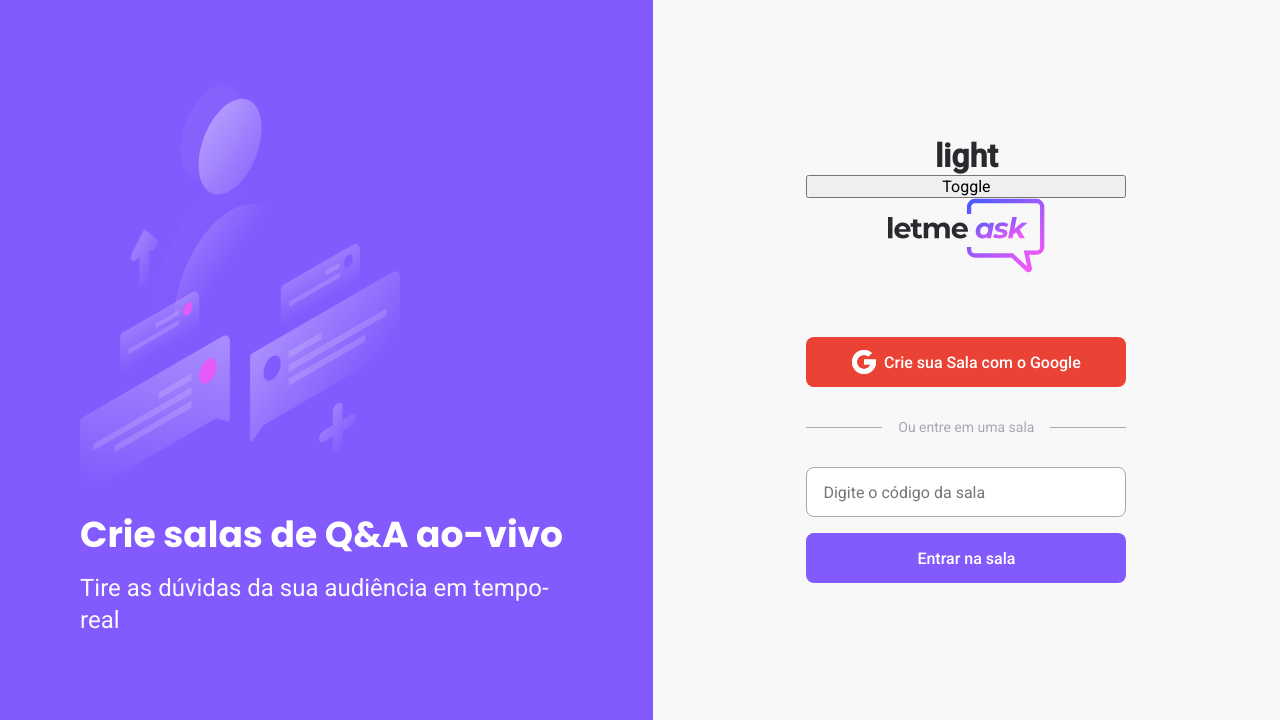
Repository: Maryucha/nlwTogether-Letmeask
Page: / (app in letmeask/)
An editor plug-in stored every save of this project. The page is shown before and after the next save, followed by the edit.
The browser window is 1280 px wide. The pictures show the whole page.
The project was rebuilt for these pictures with package versions that can differ from the ones it lists, and the page was loaded fresh each time. Also part of the build but not shown: letmeask/src/pages/NewRoom.tsx, letmeask/src/styles/roomCode.scss, letmeask/src/components/RoomCode.tsx, letmeask/src/styles/room.scss, letmeask/src/pages/Room.tsx.

Above is the page before, as saved 2021-06-25 11:28:56.

### letmeask/public/index.html
<!DOCTYPE html>
<html lang="en">
  <head>
    <meta charset="utf-8" />
    <meta name="viewport" content="width=device-width, initial-scale=1" />
    <link rel="preconnect" href="https://fonts.googleapis.com">
<link rel="preconnect" href="https://fonts.gstatic.com" crossorigin>
<link href="https://fonts.googleapis.com/css2?family=Poppins:wght@400;700&family=Roboto:wght@400;500&display=swap" rel="stylesheet">

    <title>LetMeAsk</title>
  </head>
  <body>
    <noscript>You need to enable JavaScript to run this app.</noscript>
    <div id="root"></div>

  </body>
</html>

### letmeask/src/index.tsx
import React from 'react';
import ReactDOM from 'react-dom';
import App from './App';

import './services/firebase';
import './styles/global.scss';

ReactDOM.render(
  <React.StrictMode>
    <App />
  </React.StrictMode>,
  document.getElementById('root')
);

### letmeask/src/App.tsx
import { BrowserRouter, Route, Switch } from "react-router-dom";
import { AuthContextProvider } from './contexts/AuthContext';
import { ThemeContextProvider } from "./contexts/ThemeContext";

//componentes
import { Home } from "./pages/Home";
import { NewRoom } from "./pages/NewRoom";
import { Room } from "./pages/Room";


function App() {

  return (
    <BrowserRouter>
    <ThemeContextProvider>
     <AuthContextProvider>
       <Switch>
          <Route path="/" exact component={Home} />
        <Route path="/rooms/new" component={NewRoom} />
        <Route path="/rooms/:id" component={Room} />
       </Switch>
      </AuthContextProvider>
      </ThemeContextProvider>
    </BrowserRouter>
  );
}

export default App;

### letmeask/src/services/firebase.ts
import firebase from 'firebase/app';

import 'firebase/auth';
import 'firebase/database';

const firebaseConfig = {
    apiKey: process.env.REACT_APP_API_KEY,
    authDomain: process.env.REACT_APP_AUTH_DOMAIN,
    databaseURL: process.env.REACT_APP_DATABASE_URL,
    projectId: process.env.REACT_APP_PROJECT_ID,
    storageBucket: process.env.REACT_APP_STORAGE_BUCKET,
    messagingSenderId: process.env.REACT_APP_MESSAGING_SENDER_ID,
    appId: process.env.REACT_APP_APP_ID
  };

firebase.initializeApp(firebaseConfig);

const auth= firebase.auth();
const database= firebase.database();

export {firebase, auth, database };

### letmeask/src/styles/global.scss
*{
    margin: 0;
    padding: 0;
    box-sizing: border-box;
}

body {
    background-color: #f8f8f8;
    color: #29292e;
}

body, input, button, textarea {
    font: 400 16px 'Roboto', sans-serif;
}

### letmeask/src/contexts/AuthContext.tsx
import { createContext, ReactNode, useState, useEffect } from "react";
import { auth, firebase } from "../services/firebase";

type User = {
    id: string;
    name: string;
    avatar: string;
  };
  type AuthContextType = {
    user: User | undefined;
    signInWithGoogle: () => Promise<void>;
  }

  type AuthContextProviderProps = {
      children: ReactNode;
  }

export const AuthContext = createContext({} as AuthContextType);

export function AuthContextProvider(props: AuthContextProviderProps) {

    const [user, setUser] = useState<User>();
    const [loding, setLoding] = useState(true);

    useEffect(() => {
      const unsubscribe = auth.onAuthStateChanged((user) => {
        if (user) {
          const { displayName, photoURL, uid } = user;

          if (!displayName || !photoURL) {
            throw new Error("Faltando informações do Google.");
          }
          setUser({
            id: uid,
            name: displayName,
            avatar: photoURL,
          });
        }
      });
      return () => {
        unsubscribe();
      };
    }, []);

    async function signInWithGoogle() {
      const provider = new firebase.auth.GoogleAuthProvider();
      const result = await auth.signInWithPopup(provider);

      if (result.user) {
        const { displayName, photoURL, uid } = result.user;

        if (!displayName || !photoURL) {
          throw new Error("Faltando informações do Google.");
        }
        setUser({
          id: uid,
          name: displayName,
          avatar: photoURL,
        });
      }
    }

    return(
        <AuthContext.Provider value={{ user, signInWithGoogle }}>
            {props.children}
        </AuthContext.Provider>
    );
}

### letmeask/src/contexts/ThemeContext.tsx
import { createContext, ReactNode, useEffect, useState } from "react";

type Theme = "light" | "dark";

type ThemeContextProviderProps = {
  children: ReactNode;
};

type ThemeContextType = {
  theme: Theme;
  toggleTheme: () => void;
};

export const ThemeContext = createContext({} as ThemeContextType);

export function ThemeContextProvider(props: ThemeContextProviderProps) {
  const [currentTheme, setCurrentTheme] = useState<Theme>(() => {
    const storagedTheme = localStorage.getItem("theme");

    return (storagedTheme ?? "light") as Theme;
  });

  useEffect(() => {
    localStorage.setItem("theme", currentTheme);
  }, [currentTheme]);

  function toggleTheme() {
    setCurrentTheme(currentTheme === "light" ? "dark" : "light");
  }

  return (
    <ThemeContext.Provider value={{ theme: currentTheme, toggleTheme }}>
      {props.children}
    </ThemeContext.Provider>
  );
}

### letmeask/src/pages/Home.tsx
//rotas
import { useHistory } from "react-router-dom";

//imagens
import ilustrationImg from "../assets/images/illustration.svg";
import logoImg from "../assets/images/logo.svg";
import googleIconUmg from "../assets/images/google-icon.svg";

//scss
import "../styles/auth.scss";

//outros
import { Button } from "../components/Button";
import { useAuth } from "../hooks/useAuth";
import { FormEvent, useState } from "react";
import { database } from "../services/firebase";
import { useTheme, } from "../hooks/usetTheme";

export function Home() {
  //estados
  const history = useHistory();
  const { user, signInWithGoogle } = useAuth();
  const { theme, toggleTheme } = useTheme();
  const [ roomCode, setRoomCode ] = useState('');

  async function heandleCreateRoom() {
    if (!user) {
      await signInWithGoogle();
    }
    history.push("/rooms/new");
  }

  async function heandleJoinRoom(event: FormEvent) {
    event.preventDefault();

    if(roomCode.trim() === ''){
      return;
    }
    //procurando a sala pelo id que o estado da room oferece
    const roomRef = await database.ref(`rooms/${roomCode}`).get();

    //verifica se a sala existe
    if(!roomRef.exists()) {
      //exibe um alerta caso ela não exista
      alert('Essa sala não existe!');
      return;
    }
    //se ela existir me manda para ela
    history.push(`/rooms/${roomCode}`);

  }

  return (
    <div id="page-auth" className={theme}>
      <aside>
        <img
          src={ilustrationImg}
          alt="Ilustração simbolizando as perguntas e respostas"
        />
        <strong>Crie salas de Q&amp;A ao-vivo</strong>
        <p>Tire as dúvidas da sua audiência em tempo-real</p>
      </aside>
      <main>
        <div className="main-content">

          <h1>{theme}</h1>
          <button onClick={ toggleTheme }>Toggle</button>

          <img src={logoImg} alt="Logo do LetMeAsk" />
          <button onClick={ heandleCreateRoom } className="create-room">
            <img src={googleIconUmg} alt="Logo do google" />
            Crie sua Sala com o Google
          </button>
          <div className="separator">Ou entre em uma sala</div>
          <form onSubmit={ heandleJoinRoom }>
            <input
            type="text"
            placeholder="Digite o código da sala"
            onChange={event =>setRoomCode(event.target.value)}
            value= {roomCode}
            />
            <Button type="submit">Entrar na sala</Button>
          </form>
        </div>
      </main>
    </div>
  );
}

### letmeask/src/styles/auth.scss
#page-auth {
    display: flex;
    align-items: stretch;
    height: 100vh;

    &.dark {
        background: #333;
        color: #fff;
    }

    aside{
        flex: 7;

        background-color: #835afd;
        color: #fff;

        display: flex;
        flex-direction: column;
        justify-content: center;

        padding: 120px 80px;

        img {
            max-width: 320px;
        }

        strong {
            font: 700 36px 'Poppins',sans-serif;
            line-height: 42px;
            margin-top: 16px;
        }
        p {
            font-size: 24px;
            line-height: 32px;
            margin-top: 16px;
            color: #f8f8f8;
        }
    }

    main{
        flex: 8;

        padding: 0 32px;

        display: flex;
        align-items: center;
        justify-content: center;
    }
    .main-content {
        display:flex;
        flex-direction: column;
        width: 100%;
        max-width: 320px;
        align-items: stretch;
        text-align: center;

        > img {
            align-self:center;
        }

        h2 {
            font-size: 24px;
            margin: 64px 0 24px;
            font-family: 'Poppins', sans-serif;
        }

        form {
            input {
                height: 50px;
                border-radius: 8px;
                padding: 0 16px;
                background: #fff;
                border: 1px solid #a8a8b3;
            }

            button {
                margin-top: 16px;
            }

            button, input {
                width: 100%;
            }
        }

    p {
            font-size: 14px;
            color: #737380;
            margin-top: 16px;
             a {
                color: #e559f9;
             }

        }
        .create-room {
            margin-top: 64px;
            height: 50px;
            border-radius: 8px;
            font-weight: 500;
            background: #ea4335;
            color: #fff;

            display: flex;
            justify-content: center;
            align-items: center;

            cursor: pointer;
            border: 0;

            transition: filter 0.2s;

            img {
                margin-right: 8px;
            }

            &:hover {
                filter: brightness(0.9);
            }

        }

        .separator {
            font-size: 14px;
            color: #a8a8b3;

            margin: 32px 0;
            display: flex;
            align-items: center;

            &::before{
                content: '';
                flex: 1;
                height: 1px;
                background: #a8a8b3;
                margin-right: 16px;
            }

            &::after{
                content: '';
                flex: 1;
                height: 1px;
                background: #a8a8b3;
                margin-left: 16px;
            }
        }
    }
}

### letmeask/src/components/Button.tsx
import { ButtonHTMLAttributes } from 'react';
import '../styles/button.scss';
type ButtonProps = ButtonHTMLAttributes<HTMLButtonElement>


export function Button(props: ButtonProps) {

        return (
        <button className="button" {...props}/>
    )
}

### letmeask/src/hooks/useAuth.ts
import { useContext } from "react";
import { AuthContext } from "../contexts/AuthContext";

export function useAuth() {
    const value =  useContext(AuthContext);

    return value;
}

### letmeask/src/hooks/usetTheme.ts
import { useContext } from 'react';
import { ThemeContext } from '../contexts/ThemeContext'

export function useTheme() {
  const value = useContext(ThemeContext)

  return value;
}

### letmeask/src/styles/button.scss
.button {
    height: 50px;
    border-radius: 8px;
    font-weight: 500;
    background: #835afd;
    color: #fff;
    padding: 0 32px;

    display: flex;
    justify-content: center;
    align-items: center;

    cursor: pointer;
    border: 0;

    transition: filter 0.2s;

    img {
        margin-right: 8px;
    }

    &:not(:disabled):hover {
        filter: brightness(0.9);
    }
    &:disabled {
        opacity: 0.6;
        cursor: not-allowed;
    }
}

After the next save:
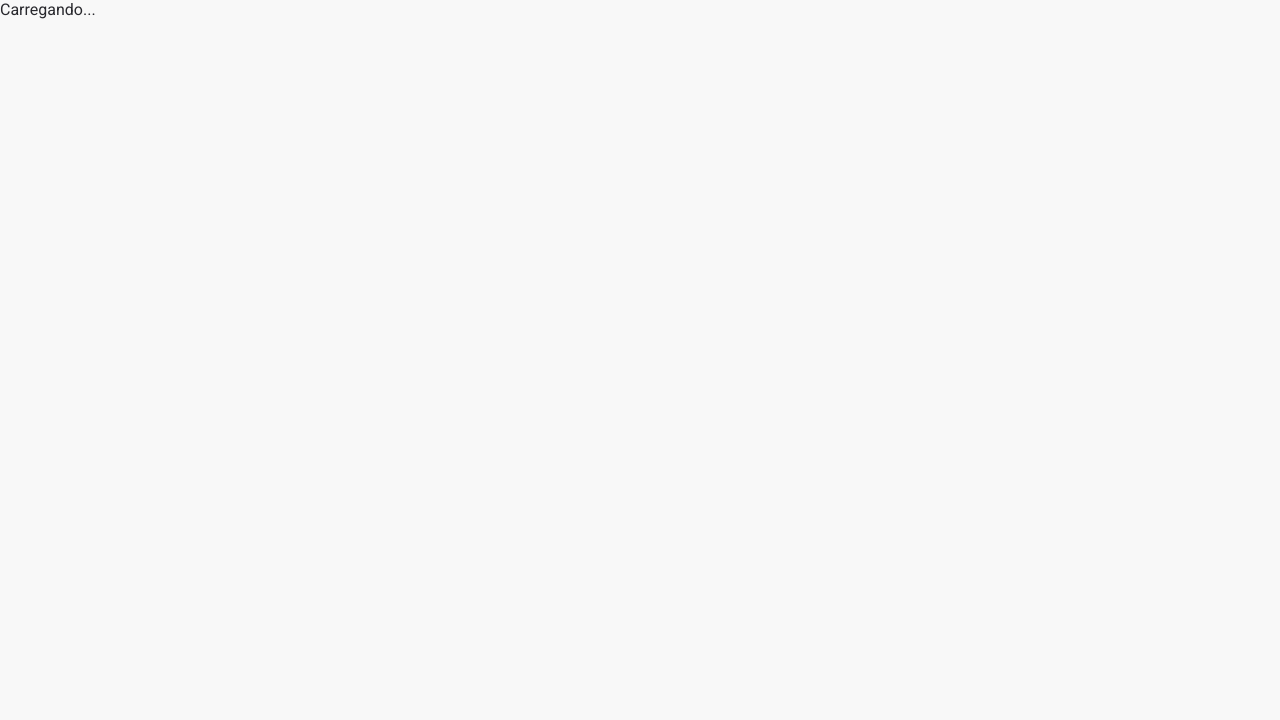
Saved 2 min 41 s later.
--- a/letmeask/src/contexts/AuthContext.tsx
+++ b/letmeask/src/contexts/AuthContext.tsx
@@ -20,7 +20,7 @@
 export function AuthContextProvider(props: AuthContextProviderProps) {
 
     const [user, setUser] = useState<User>();
-    const [loding, setLoding] = useState(true);
+    const [loading, setLoding] = useState(true);
 
     useEffect(() => {
       const unsubscribe = auth.onAuthStateChanged((user) => {
@@ -37,6 +37,8 @@
           });
         }
       });
+
+
       return () => {
         unsubscribe();
       };
@@ -59,6 +61,9 @@
         });
       }
     }
+    if(loading) {
+      return <p>Carregando...</p>
+    }
 
     return(
         <AuthContext.Provider value={{ user, signInWithGoogle }}>

After the save that followed:
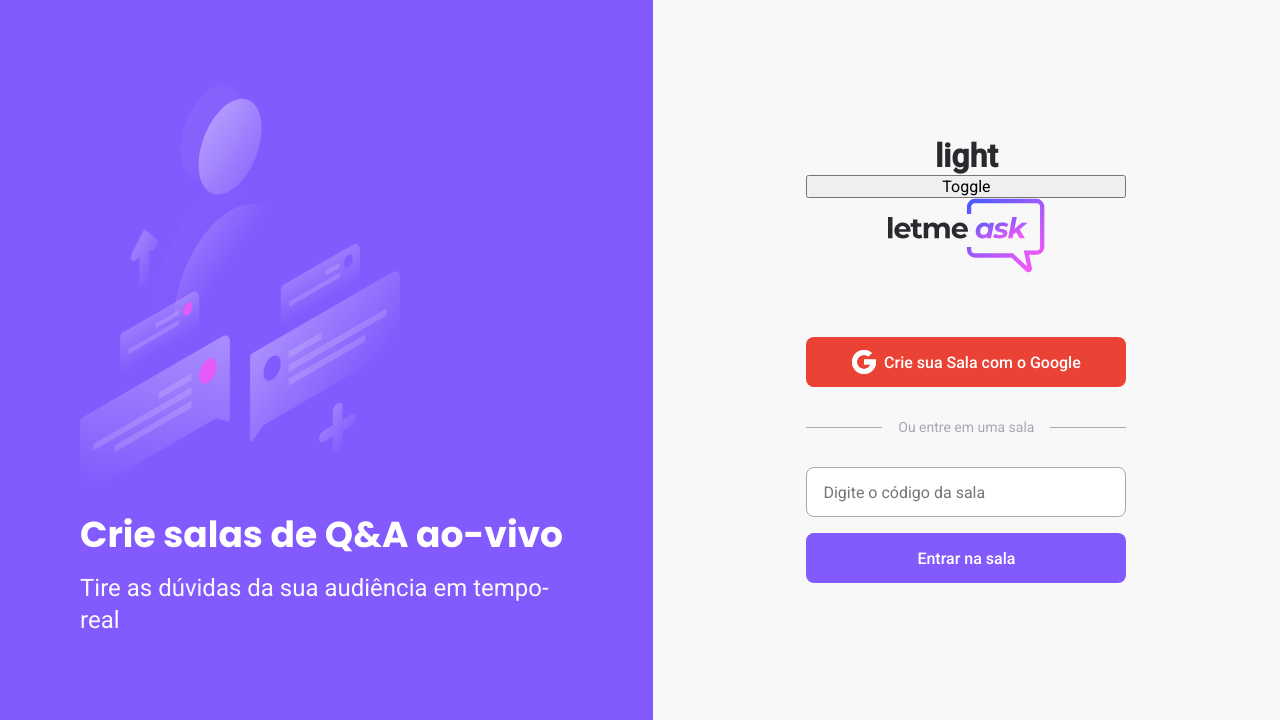
Saved 38 s later.
--- a/letmeask/src/contexts/AuthContext.tsx
+++ b/letmeask/src/contexts/AuthContext.tsx
@@ -37,7 +37,7 @@
           });
         }
       });
-
+      setLoding(false);
 
       return () => {
         unsubscribe();
